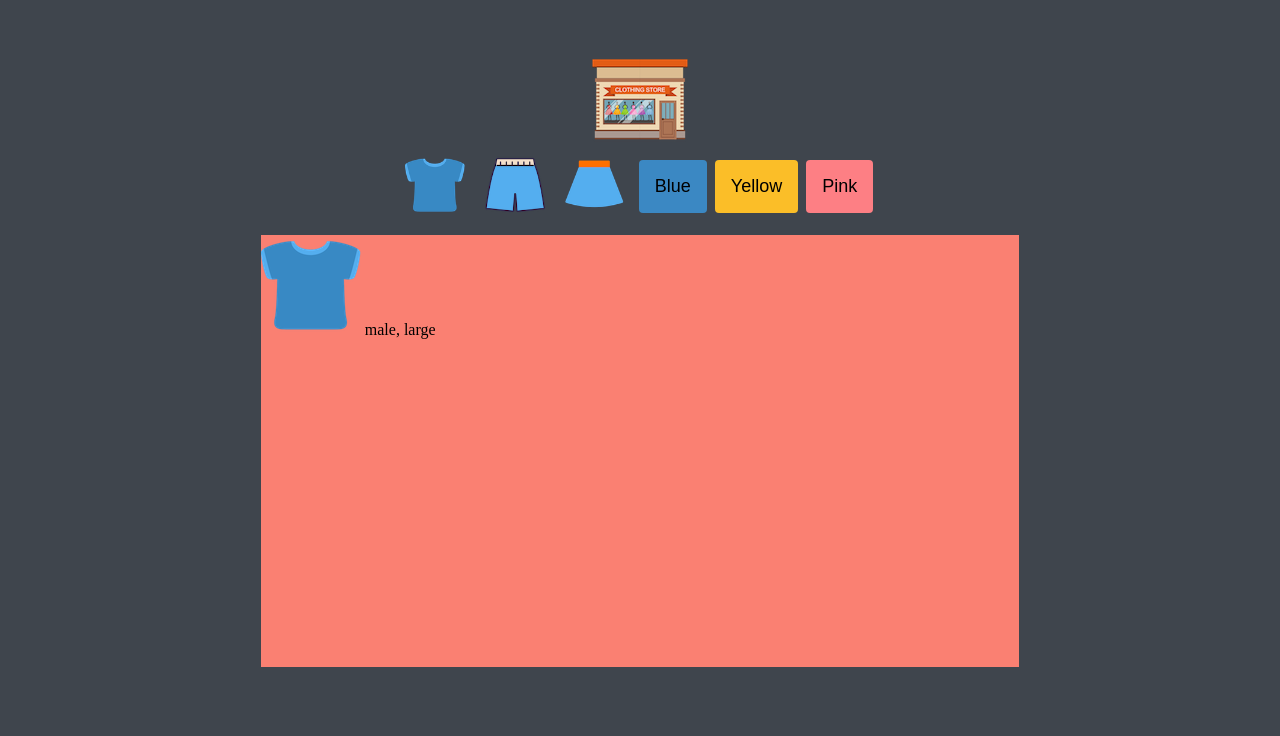
Repository: GoodHoneyCake/Dream_Coding_Academy1
Page: index.html
The author's editor kept a copy of each file at every save. The page is drawn from the files as they stood at one save, then again after the next save.
The browser window is 1280 px wide. The pictures show the whole page.

Above is the page before, as saved 2021-01-06 16:29:07.

### index.html
<!DOCTYPE html>
<html lang="en">
  <head>
    <meta charset="UTF-8" />
    <meta name="viewport" content="width=device-width, initial-scale=1.0" />
    <title>Online Shopping</title>
    <link rel="stylesheet" href="style.css" />
    <script src="src/main.js" defer></script>
  </head>
  <body>
    <!-- Logo -->
    <img src="img/logo.png" alt="Logo" class="logo" />
    <!-- Buttons -->
    <section class="buttons">
      <button class="btn">
        <img src="img/blue_t.png" alt="tshirt" class="imgBtn" />
      </button>
      <button class="btn">
        <img src="img/blue_p.png" alt="pants" class="imgBtn" />
      </button>
      <button class="btn">
        <img src="img/blue_s.png" alt="skirt" class="imgBtn" />
      </button>
      <button class="btn colorBtn blue">Blue</button>
      <button class="btn colorBtn yellow">Yellow</button>
      <button class="btn colorBtn pink">Pink</button>
    </section>
    <!-- Items -->
    <ul class="items">
      <li class="item">
        <img src="img/blue_t.png" alt="tshirt" class="item_thumbnail" />
        <span class="item__description">male, large</span>
      </li>
    </ul>
  </body>
</html>

### style.css
:root {
  /* color */
  --color-black: #3f454d;
  --color-white: #ffffff;
  --color-blue: #3b88c3;
  --color-yellow: #fbbe28;
  --color-pink: #fd7f84;
  --color-light-grey: #dfdfdf;

  /* size */
  --base-space: 8px;
  --size-button: 60px;
  --size-border: 4px;
  --button-font-size: 18px;

  /* animation */
  --animation-duration: 300ms;
}

* {
  box-sizing: border-box;
}

body {
  height: 100vh;
  background-color: var(--color-black);
  display: flex;
  flex-direction: column;
  justify-content: center;
  align-items: center;
}

.logo {
  cursor: pointer;
  transition: transform var(--animation-duration) ease;
}

.btn {
  background-color: transparent;
  border: none;
  outline: none;
  cursor: pointer;
  transition: transform var(--animation-duration) ease;
  margin-right: var(--base-space);
}

.logo:hover,
.btn:hover {
  transform: scale(1.1);
}

.buttons {
  display: flex;
  align-items: center;
}

.imgBtn {
  width: var(--size-button);
  height: var(--size-button);
}

.colorBtn {
  font-size: var(--button-font-size);
  padding: calc(var(--base-space) * 2);
  border-radius: var(--size-border);
}

.blue {
  background-color: var(--color-blue);
}
.yellow {
  background-color: var(--color-yellow);
}
.pink {
  background-color: var(--color-pink);
}

.items {
  background-color: salmon;
  width: 60%;
  height: 60%;
  list-style: none;
  padding-left: 0;
}

Loaded but not shown: src/main.js (no stored copy; drawn as an empty file)

After the next save:
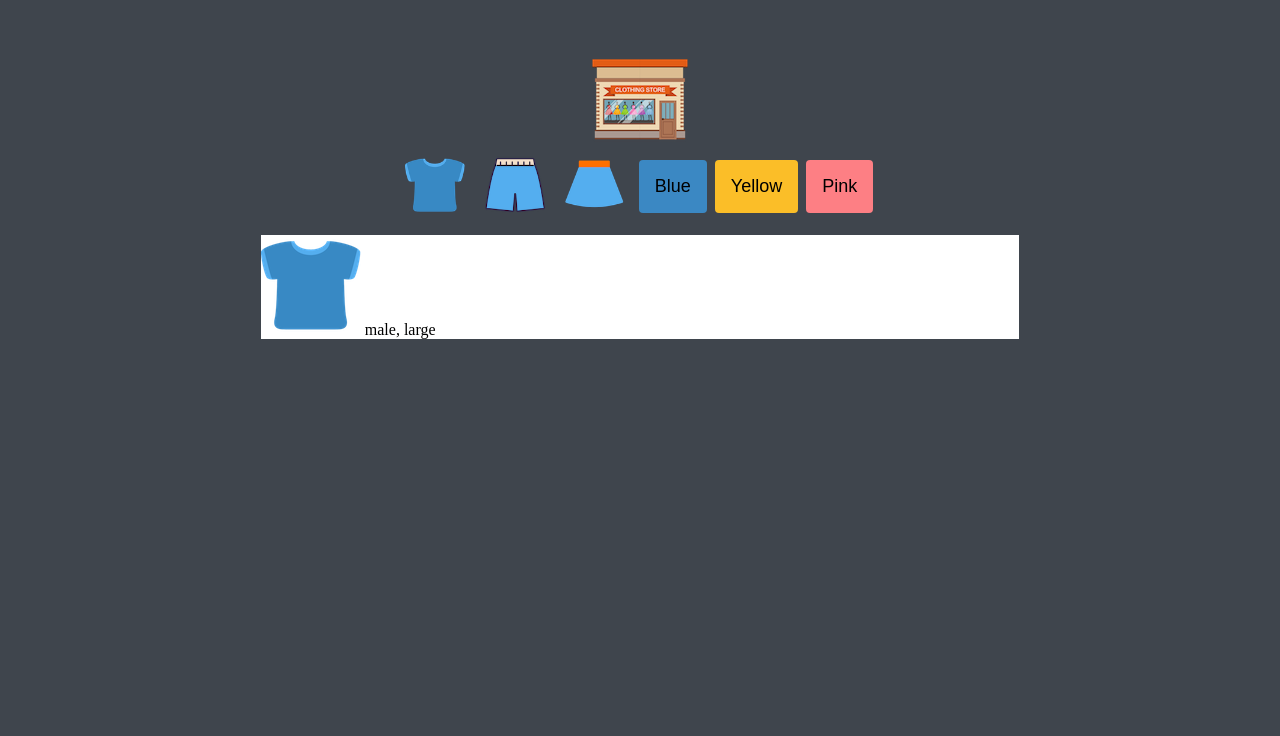
Saved 35 s later.
--- a/style.css
+++ b/style.css
@@ -76,9 +76,12 @@ body {
 }
 
 .items {
-  background-color: salmon;
   width: 60%;
   height: 60%;
   list-style: none;
   padding-left: 0;
 }
+
+.item {
+  background-color: var(--color-white);
+}
